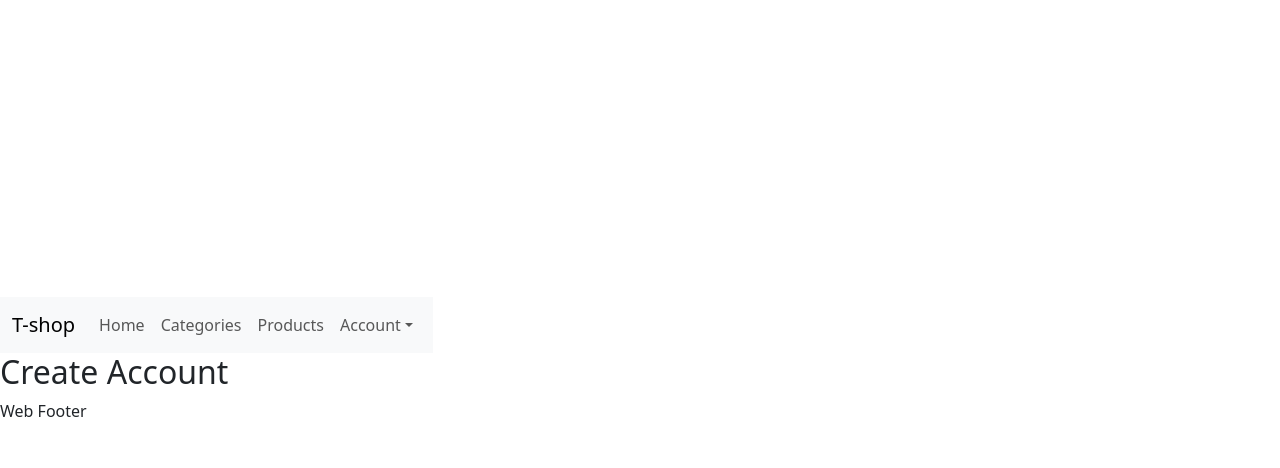
Repository: HadelAbdellatif/ecommerce1
Page: /register
These files come from the project's save history. The page is drawn as it stood at one moment and after a run of saves; the edit follows.
The browser window is 1280 px wide. The pictures show the whole page.
The project was rebuilt for these pictures with package versions that can differ from the ones it lists, and the page was loaded fresh each time. Also part of the build but not shown: vite.config.js, src/components/web/home/Home.jsx, src/components/web/categories/Categories.jsx, src/components/shared/Input.jsx, src/components/dashboard/navbar/Navbar.jsx, src/components/dashboard/footer/Footer.jsx, src/layouts/DashboardLayout.jsx, src/components/dashboard/home/Home.jsx and 1 more.

Above is the page before, as saved 2023-11-20 20:10:44.

After the next 2 saves:
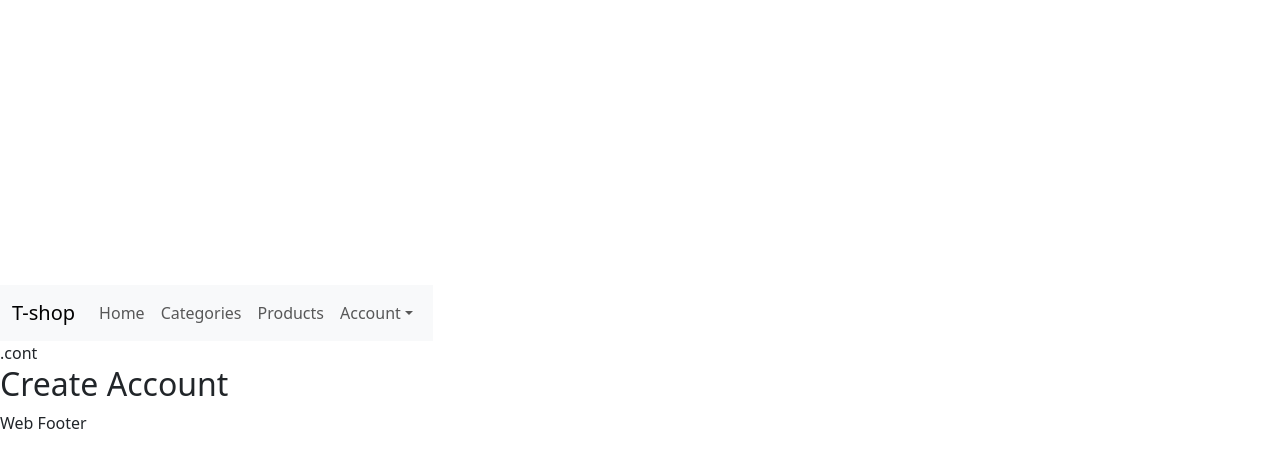
The 2 saves are shown as one change because they came seconds apart.
The last was saved 13 s later.
--- a/src/components/web/register/Register.jsx
+++ b/src/components/web/register/Register.jsx
@@ -32,6 +32,7 @@ export default function Register() {
 
     return (
         <>
+        .cont
             <h2>Create Account</h2>
         </>
     )
